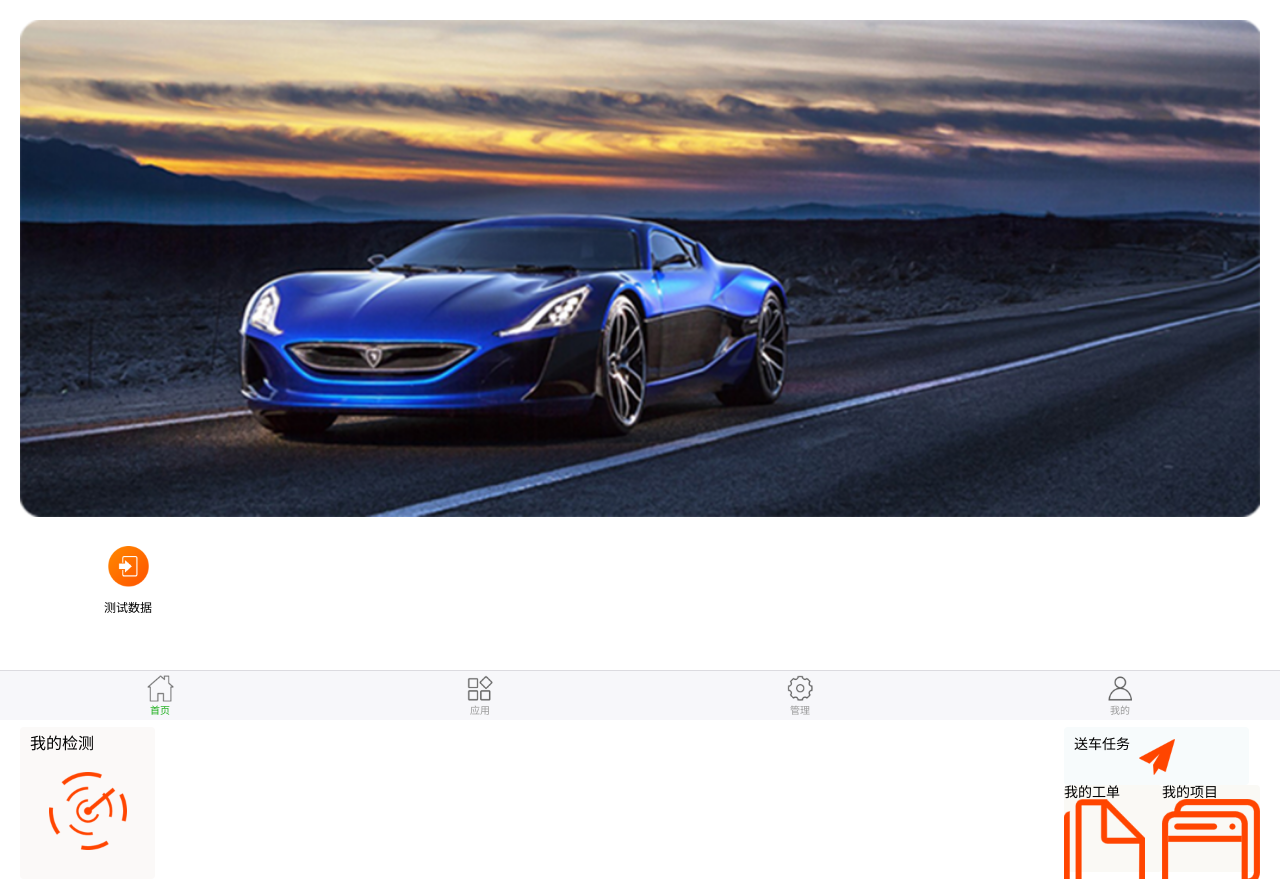
Repository: family-car/car
Page: index.html
These files come from the project's save history. The page is drawn as it stood at one moment and after the next save; the edit follows.
The browser window is 1280 px wide. The pictures show the whole page.

Above is the page before, as saved 2020-05-11 20:56:28.

### index.html
<!-- HTML5文件 -->
<!DOCTYPE html>
<html>
<head>
	<meta charset="utf-8" />
	<meta name="viewport" content="width=device-width,minimum-scale=1.0,maximum-scale=1.0,user-scalable=no"/>
	<meta content="telephone=no,email=no" name="format-detection">
	<meta name="wap-font-scale" content="no">
	<title>商城</title>
	<!-- ui框架引入css -->
	<link href="lib/weui/weui.min.css" rel="stylesheet" type="text/css" />
	<link href="lib/weui/jquery-weui.min.css" rel="stylesheet" type="text/css" />
	<!-- 公用样式css -->
	<link href="src/css/base.css" rel="stylesheet" type="text/css" />
	<!-- 界面引入css -->
  <link href="src/css/app/index.css" rel="stylesheet" type="text/css" />
  <!-- jquery引入 -->
  <script type="text/javascript" src="lib/jquery/jquery-2.1.4.min.js"></script>
  <script type="text/javascript" src="lib/unit.js"></script>
</head>
<body>

<div class="main bot44">
  <header>

  </header>
  <div class="banner">
      <div class="bannerList"><img src="src/image/banner3x.png"/></div>
  </div>
  <!-- swiper -->
  <div class="swiper-container swpierList" slot="pagination">
    <div class="swiper-wrapper">
      <div class="swiper-slide"></div>
    </div>
    <div class="swiper-pagination"></div>
  </div>
  <!-- subject -->
  <div class="subject cf">
     <div class="fl">
       <dl class="myCheck">
         <dt>我的检测</dt>
         <dd class="flex flex-center"><img src="src/image/check.png"/></dd>
       </dl>
     </div>
     <div class="fr">
       <div class="task">
        <dl class="taskCon">
          <dt>送车任务</dt>
          <dd class=""><img src="src/image/task.png"/></dd>
        </dl>
       </div>
       <div class="myProject cf">
        <dl class="projectCon fl">
          <dt>我的工单</dt>
          <dd class=""><img src="src/image/handel.png"/></dd>
        </dl>
        <dl class="projectCon fr">
          <dt>我的项目</dt>
          <dd class=""><img src="src/image/project3x.png"/></dd>
        </dl>
       </div>
     </div>
  </div>
  <!-- footer -->
  <footer class="footer">
    <div class="weui-tabbar">
      <a href="javascript:;" class="weui-tabbar__item weui-bar__item--on">
        <div class="weui-tabbar__icon">
          <img src="src/image/index3x.png" alt="">
        </div>
        <p class="weui-tabbar__label">首页</p>
      </a>
      <a href="javascript:;" class="weui-tabbar__item">
        <div class="weui-tabbar__icon">
          <img src="src/image/apply3x.png" alt="">
        </div>
        <p class="weui-tabbar__label">应用</p>
      </a>
      <a href="javascript:;" class="weui-tabbar__item">
        <div class="weui-tabbar__icon">
          <img src="src/image/manage3x.png" alt="">
        </div>
        <p class="weui-tabbar__label">管理</p>
      </a>
      <a href="javascript:;" class="weui-tabbar__item">
        <div class="weui-tabbar__icon">
          <img src="src/image/mine3x.png" alt="">
        </div>
        <p class="weui-tabbar__label">我的</p>
      </a>
    </div>
  </footer>
</div>

<!-- jquery引入 -->
<script type="text/javascript" src="lib/jquery/swiper.js"></script>
<script type="text/javascript" src="src/js/entry/index.js"></script>
</body>
</html>

### src/css/base.css
*,
*:after,
*:before {
    -webkit-box-sizing: border-box;
    box-sizing: border-box;
}
[v-cloak] {
  display: none;
}
a,
blockquote,
body,
code,
dd,
div,
dl,
dt,
em,
fieldset,
form,
h1,
h2,
h3,
h4,
h5,
h6,
iframe,
img,
input,
label,
li,
object,
ol,
p,
q,
small,
span,
strong,
table,
tbody,
td,
th,
tr,
ul {
    margin: 0;
    padding: 0;
    border: 0;
}
input{
	outline: none;
}
body,
html {
    width: 100%;
}

body {
    margin: 0 auto;
    line-height: 1;
    font-size: 14px;
    font-family: 'STHeiti', 'Microsoft YaHei', Helvetica, Arial, sans-serif;
    -webkit-text-size-adjust: none;
    -webkit-tap-highlight-color: rgba(0, 0, 0, 0);
}

h1,
h2,
h3,
h4,
h5,
h6 {
    font-size: .28rem;
    font-weight: normal;
}

a,
a:active,
a:focus,
a:hover,
a:visited {
    text-decoration: none;
    color: #393939;
}

a,
img {
    -webkit-touch-callout: none;
}

li,
ol,
ul {
    list-style: none;
}

input[type="password"],
input[type="tel"],
input[type="text"],
select,
textarea {
    display: block;
    width: 100%;
    line-height: 1.2;
    font-size:14px;
    resize: none;
    outline: 0;
    vertical-align: middle;
    background-color: #fff;
    background-image: none;
    border: 0;
    white-space: pre-wrap;
    word-wrap: break-word;
    -webkit-appearance: none;
}

p {
    background-color: transparent;
    word-break: break-all;
}

em,
i {
    font-style: normal;
}
@font-face {
    font-family: 'iconfont';
    src: url("../font/icomoon.eot");
    src: url("../font/icomoon.eot?#iefix") format("embedded-opentype"), url("../font/icomoon.ttf") format("truetype"), url("../font/icomoon.svg#iconfont") format("svg");
}

html {
    background: #fff;
}

body {
    background: #fff;
    color: #000;
}

.fl {
    float: left;
}

.fr {
    float: right;
}

.cf:after {
    display: block;
    clear: both;
    content: "";
    visibility: hidden;
    height: 0;
}

.tr {
    text-align: right;
}

.tc {
    text-align: center;
}

.td-underline {
    text-decoration: underline;
}

.tm {
    vertical-align: middle;
}
.boxSizing{
    box-sizing:border-box;
    -moz-box-sizing:border-box; /* Firefox */
    -webkit-box-sizing:border-box;
}

.flex {
    display: -webkit-box !important;
    display: -webkit-flex !important;
    display: -ms-flexbox !important;
    display: flex !important;
    -webkit-flex-wrap: wrap;
    -ms-flex-wrap: wrap;
    flex-wrap: wrap;
}

.flex .cell {
    -webkit-box-flex: 1;
    -webkit-flex: 1;
    -ms-flex: 1;
    flex: 1;
    width: 0;
    -webkit-flex-basis: 0;
    -ms-flex-preferred-size: 0;
    flex-basis: 0;
    max-width: 100%;
    display: block;
    padding: 0 !important;
    position: relative;
}
.flex .cell2{
    -webkit-box-flex: 2;
    -webkit-flex: 2;
    -ms-flex: 2;
    flex: 2;
}


.flex .cell.hide {
    display: none;
}

.flex .flex-130 {
    -webkit-box-flex: 150!important;
    -webkit-flex: 130!important;
    -ms-flex: 130!important;
    flex: 130!important;
}

.flex .flex-200 {
    -webkit-box-flex: 200!important;
    -webkit-flex: 200!important;
    -ms-flex: 200!important;
    flex: 200!important;
}

.flex-center {
    -webkit-box-pack: center;
    -webkit-justify-content: center;
    justify-content: center;
    -webkit-box-align: center;
    -webkit-align-items: center;
    align-content: center;
}
.flex-between {
    -webkit-box-pack: center;
    -webkit-justify-content: space-between;
    justify-content: space-between;
    -webkit-box-align: center;
    -webkit-align-items: center;
    align-content: center;
}

.img-responsive {
    display: inline-block;
    width: 100%;
}

.bg-white {
    background: #fff;
}

.bg-orange {
    background: #fa462d;
}

.bg-blue {
    background: #246EBE;
}
.bg-green{color:#0BA66D;}
.bg-light-green{color:#56dfb3;}
.bg-gray {
    background: #f3f4f6;
}

.bg-light-yellow {
    background: #fbf8ec;
}

.bg-disabled {
    background: #9d9d9d;
}

.color-blue {
    color: #246EBE;
}

.color-muted {
    color: #9d9d9d;
}

.color-orange {
    color: #fa462d;
}

.color-white {
    color: #fff;
}

.color-gray {
    color: #848689;
}
.color-green{color:#0BA66D;}
.color-light-green{color:#56dfb3;}
.color-red{color:#f23030;}
.color-block{color:#393939;}

.relative {
    position: relative;
}

.overflow {
    overflow: hidden;
}

.ellipsis {
    white-space: nowrap;
    overflow: hidden;
    text-overflow: ellipsis;
}

.clamp {
    display: -webkit-box;
    overflow: hidden;
    text-overflow: ellipsis;
    -webkit-line-clamp: 2;
    -webkit-box-orient: vertical;
}

.animate {
    -webkit-animation-play-state: paused;
}

.hide {
    display: none;
}

.footbar-default .coagent span:before,
.iconfont,
.panel-selector .list li .fr:after,
.select:before {
    font-family: "iconfont" !important;
    font-size: .28rem;
    font-style: normal;
    -webkit-font-smoothing: antialiased;
    -webkit-text-stroke-width: 2px;
    -moz-osx-font-smoothing: grayscale;
}
.btn {
    display: inline-block;
    padding: .18rem .2rem;
    vertical-align: middle;
    font-size: .26rem;
    font-weight: normal;
    line-height: 1;
    text-align: center;
    white-space: nowrap;
    background-image: none;
    border: 1px solid transparent;
    border-radius: .06rem;
    cursor: pointer;
    outline: 0;
    -webkit-appearance: none;
    -webkit-user-select: none;
    -moz-user-select: none;
    -ms-user-select: none;
    user-select: none;
}

.btn-default {
    color: #393939;
    background-color: #fff;
    border-color: #ccc;
}

.btn-primary {
    color: #fff;
    background-color: #0ba66d;
    border-color: #0ba66d;
}

.btn-primary-outline {
    color: #0ba66d;
    background-color: #fff;
    border-color: #0ba66d;
}

.btn-default-outline {
    color: #393939;
    background-color: #fff;
    border-color: #d7d7d7;
}

.btn-disabled {
    color: #fff;
    background-color: #9d9d9d;
    border-color: #9d9d9d;
}

.btn-block {
    display: block;
    width: 100%;
    padding-left: 0;
    padding-right: 0;
}

.btn-primary:active {
    color: #fff;
    background-color: #0ba66d;
    border-color: #0ba66d;
}

.btn-disabled:active {
    color: #fff;
    background-color: #9d9d9d;
    border-color: #9d9d9d;
}

.btn-default:active {
    color: #393939;
    background-color: #d7d7d7;
    border-color: #d7d7d7;
}

.btn-search {
    padding: .06rem .1rem;
    margin-left: .05rem;
    line-height: .4rem;
}

.pd8 {
    padding-right: .8rem;
    padding-left: .8rem;
}

.badge-outline {
    background: #fff;
    border: 1px solid #0ba66d;
    color: #0ba66d;
}

.no_info {
    color: #9d9d9d;
    line-height: 2.2rem;
    text-align: center;
}

.footbar {
    position: fixed;
    left: 0;
    right: 0;
    bottom: 0;
    z-index: 999999;
}
.footbar-default {
    height: 1.01rem;
    background-color: #fff;
    border-top: 1px solid #d7d7d7;
}
/*字体*/
.icon-detail:before {
    content: '\e93b';
}
.icon-floder:before {
    content: '\e91b';
}
.icon-home:before {
    content: '\e901';
}
.icon-order:before {
    content: '\e908';
}
.icon-mine:before {
    content: '\e905';
}
.icon-upload::before{
    content: '\e91c';
}
.icon-add::before{
    content: '\e91e';
}
.icon-detele::before{
    content: '\e920';
}
.icon-warn::before{
    content: '\e91a';
}
.icon-arrow::before{
    content:'\e916'
}
.icon-course::before{
    content:'\e908'
}

 #loading{
     position:fixed;
     top:0;left:0;
     width:100%;height:100%;
     background: rgba(0,0,0,.7);
     z-index:999;
}
 #loading .loader-01{
     position:absolute;top:50%;left:50%;
     width:60px;height:60px;
     margin-top:-30px;
     margin-left:-30px;
     color: #fff;
}

### src/css/app/index.css
body, html {
    height: 100%;
    overflow: hidden;
}
.banner{
    padding: 20px;
}
.bannerList{
    overflow: hidden;
    width: 100%;
    border-radius: 2px;
}
.bannerList img{
    width: 100%;
    height:100%;
}
.swpierList .iconList{
    float: left;
    width: 20%;
    text-align: center;
    margin: .4rem 0;
}

.iconList img{
    height: 41px;
    width: 41px;
}
.iconList p{
    font-size: 12px;
    font-weight: 100;
    line-height: 38px;
}
.subject{
    padding: 0 20px;
}
.myCheck{
    height: 152px;
    width: 135px;
    padding: 0 10px;
    background: #FBF9F8;
    border-radius: 4px;
}
.myCheck dt{
    line-height: 34px;
    margin-bottom: 11px;
    font-size: 16px;
}
.myCheck dd img{
    height: 78px;
    width: 78px;
}
.task{
    width: 185px;
    height: 58px;
    padding: 0 10px;
    background: #F7FBFC;
    border-radius: 4px;
    position: relative;
}
.taskCon dt{
    line-height: 34px;
}
.taskCon dd img{
    height: 36px;
    width: 36px;
    position: absolute;
    left: 0;
    right: 0;
    margin: 0 auto;
    top: 12px;
}
.myProject .projectCon{
    height: 87px;
    width: 98px;
    background: #FAF9F5;
    border-radius: 4px;
}

### src/js/entry/index.js
/**  默认加载  **/
$(function () {
    var  process={
        iconList:[{name:"接车进店",image:"src/image/join3x.png"},
            {name:"维保开单",image:"src/image/repair.png"},
            {name:"快速洗车",image:"src/image/wash.png"},
            {name:"车辆检测",image:"src/image/check.png"},
            {name:"待施工",image:"src/image/construct3x.png"},
            {name:"待完工",image:"src/image/complete.png"},
            {name:"完工质检",image:"src/image/quality.png"},
            {name:"待结算",image:"src/image/account.png"},
            {name:"客户查询",image:"src/image/inquiry.png"},
            {name:"预约订单",image:"src/image/bill3x.png"},
            {name:"测试数据",image:"src/image/join3x.png"},
        ],
        init:function(){
            this.swiper();
        },
        pages () {
            const pages = []
            this.iconList.forEach((item, index) => {
              const page = Math.floor(index / 10)
              if (!pages[page]) {
                pages[page] = []
              }
              pages[page].push(item)
            })
            return pages
        },
        swiper:function () {
            /*加载轮播列表*/
            let swpier = []
            let temp = []
            $.each(this.pages(),function(n,item){
                temp.push(`<div class="swiper-slide">`);
                $.each(item,function(n,v){
                    temp.push(`<div class="iconList">`);
                    temp.push(`<img class="icon-img-content" src="${v.image}" alt="" />`);
                    temp.push(`<p class="icon-desc">${v.name}</p>`);
                    temp.push(`</div>`);
                })
                temp.push(`</div>`);
            })
            $(".swiper-wrapper").html(temp.join(''))
            /*  轮播效果加载   */
            $(".swiper-container").swiper({
                loop: true,
                autoplayDisableOnInteraction: false,
                autoplay: 3000,
                pagination: {
                    el: '.swiper-pagination',
                },
            });
        },
    };

    window.onload = function(){
        process.init();
    }


})

Loaded but not shown: lib/weui/weui.min.css (library); lib/weui/jquery-weui.min.css (library); lib/jquery/jquery-2.1.4.min.js (library); lib/unit.js (library); lib/jquery/swiper.js (library)

After the next save:
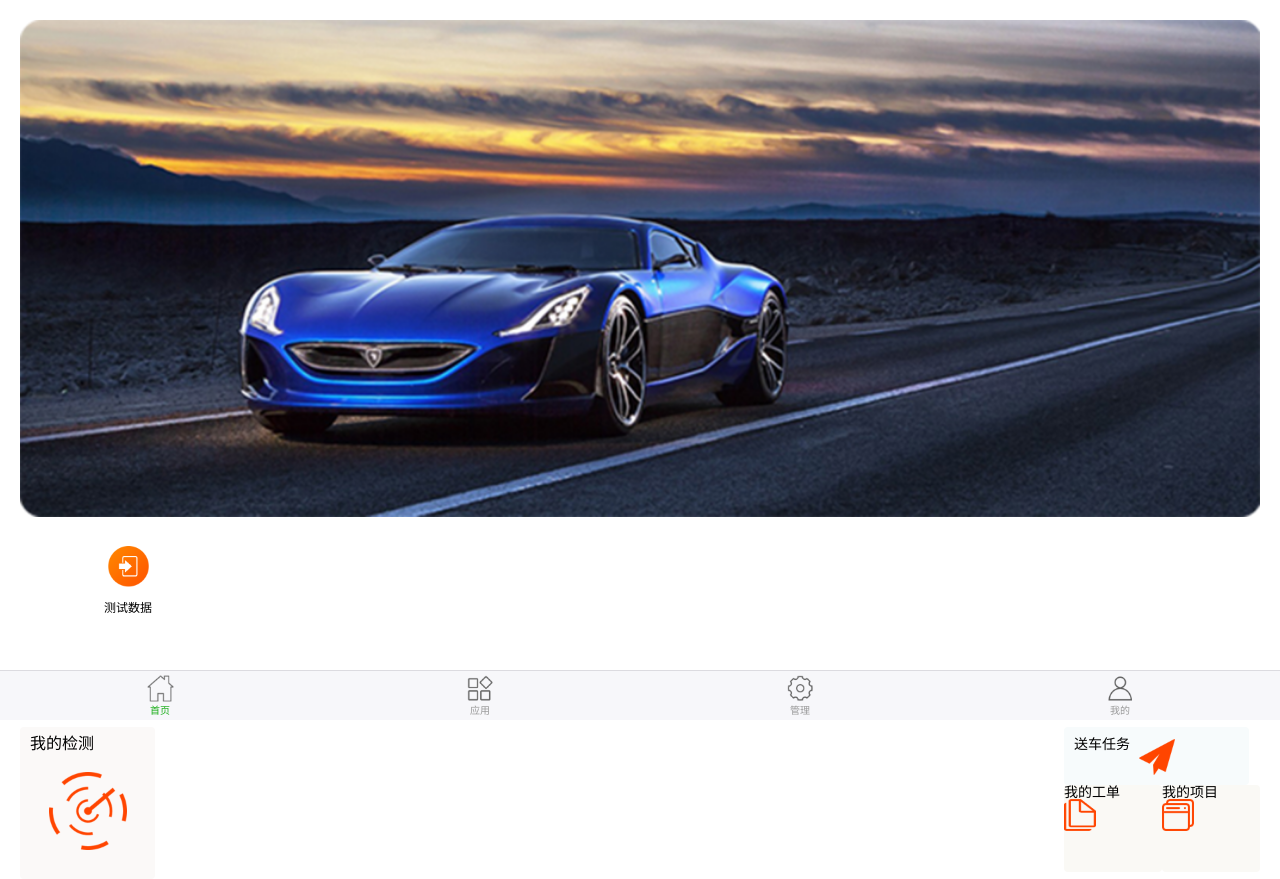
Saved 36 s later.
--- a/src/css/app/index.css
+++ b/src/css/app/index.css
@@ -75,3 +75,7 @@ body, html {
     background: #FAF9F5;
     border-radius: 4px;
 }
+.myProject .projectCon dd img{
+    height: 32px;
+    width: 32px;
+}
